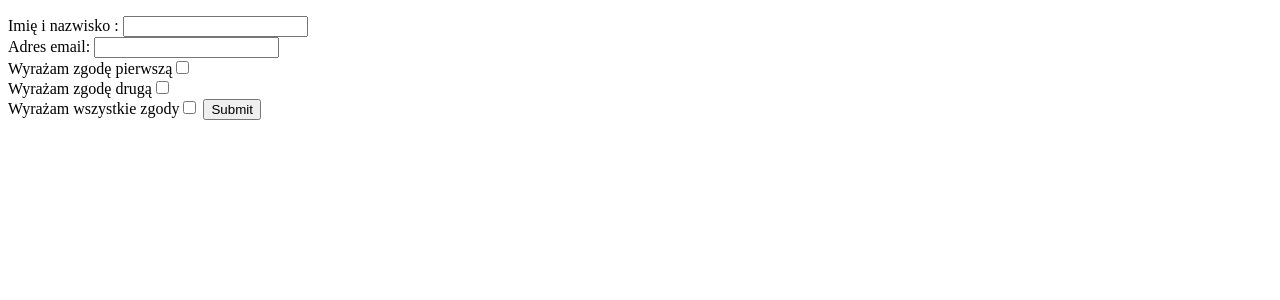
Repository: magdaf41/JavaScript
Page: JS DOM zadanie_5/index.html
These files come from the project's save history. The page is drawn as it stood at one moment and after the next save; the edit follows.
The browser window is 1280 px wide. The pictures show the whole page.

Above is the page before, as saved 2020-09-06 15:57:40.
Console error: TypeError: Cannot read properties of null (reading 'addEventListener')

### JS DOM zadanie_5/index.html
<!DOCTYPE html>
<html lang="en">

<head>
    <meta charset="UTF-8">
    <meta name="viewport" content="width=device-width, initial-scale=1.0">
    <title>Warsztat 3 - Walidacja formularza</title>
    <link rel="stylesheet" href="css/style.css">
</head>

<body>
    <form id="newsletter-form" action="">

        <ul class="errors"></ul>
        <label>Imię  i nazwisko : <input type="text" name="name" value=""></label><br>
        <label>Adres email: <input type="text" name="email" id="email"> </label><br>

        <label>Wyrażam zgodę pierwszą<input type="checkbox" name="accept_1" id="accept"></label><br>
        <label>Wyrażam zgodę drugą<input type="checkbox" name="accept_2" id="accept"></label><br>
        <label>Wyrażam wszystkie zgody<input type="checkbox" name="allAccept" id="allAccept"></label>
        <input id="submit" type="submit" value="Submit">
    </form>


    <script src="js/script.js"></script>
</body>

</html>

### JS DOM zadanie_5/js/script.js
let form = document.getElementById('form');
let name = document.querySelector('[name="name"]');
let email = document.querySelector('[name="email"]');

console.log(form);
console.log(name);
console.log(email);

form.addEventListener('submit', (e) => {
    e.preventDefault()
} )

function validationForm() {
    let pole = document.form["name"].value;
    if (pole == "") {
        alert("Uzupełnij imię i nazwikos");
        return false;
    }
}

Loaded but not shown: JS DOM zadanie_5/css/style.css (no stored copy; drawn as an empty file)

After the next save:
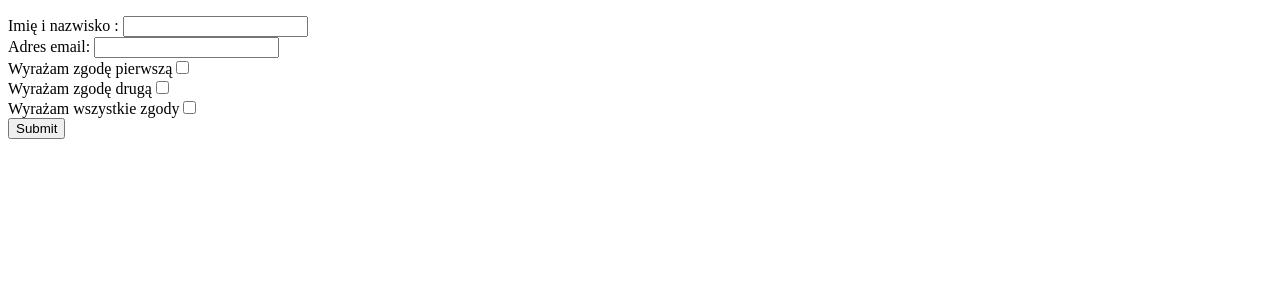
Saved 5 s later.
--- a/JS DOM zadanie_5/index.html
+++ b/JS DOM zadanie_5/index.html
@@ -17,7 +17,7 @@
 
         <label>Wyrażam zgodę pierwszą<input type="checkbox" name="accept_1" id="accept"></label><br>
         <label>Wyrażam zgodę drugą<input type="checkbox" name="accept_2" id="accept"></label><br>
-        <label>Wyrażam wszystkie zgody<input type="checkbox" name="allAccept" id="allAccept"></label>
+        <label>Wyrażam wszystkie zgody<input type="checkbox" name="allAccept" id="allAccept"></label><br>
         <input id="submit" type="submit" value="Submit">
     </form>
 
